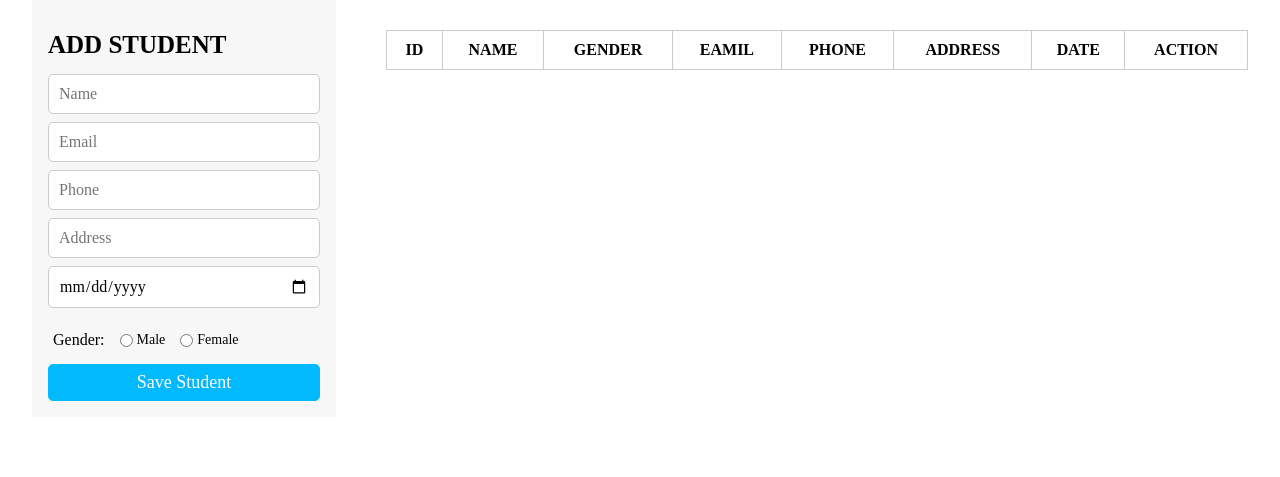
Repository: vanphongnguyen1/webDemo
Page: project(table-form)/index.html
An editor plug-in stored every save of this project. The page is shown before and after the next save, followed by the edit.
The browser window is 1280 px wide. The pictures show the whole page.
The style sheet was rebuilt from its Sass, Less or Tailwind sources for each picture, by a compiler version that may differ from the author's.

Above is the page before, as saved 2020-08-30 18:20:16.

### project(table-form)/index.html
<!DOCTYPE html>
<html lang="en">
<head>
    <meta charset="UTF-8">
    <meta name="viewport" content="width=device-width, initial-scale=1.0">
    <title>Document</title>
    <link rel="stylesheet" href="./css/style.css">
</head>
<body onload="render()">
    <div class="container">
        <div class="row">
            <div class="col-3">
                <div class="form">
                    <form action="" autocomplete="off" onsubmit="listStudents()">
                        <h2 class="form__title">add student</h2>
                        <input type="text" class="index" style="display: none;" name="" id="">
                        <input type="text" class="form__input form__input--name" name="name" id="" placeholder="Name">
                        <div class="error-name"></div>
                        <input type="Email" class="form__input form__input--email" name="email" id="" placeholder="Email">
                        <div class="error-email"></div>
                        <input type="tel" class="form__input form__input--phone" name="phone" id="" placeholder="Phone">
                        <div class="error-phone"></div>
                        <input type="text" class="form__input form__input--address" name="address" id="" placeholder="Address">
                        <div class="error-address"></div>
                        <input type="date" class="form__input form__input--date" name="date" id="">
                        <div class="error-date"></div>
                        <div class="form__gender">
                            <lable>Gender:</lable>
                            <div class="form__radio">
                                <input type="radio" class="form__radio--gender male" value="male" name="gender" id="male">
                                <label for="male" class="form__radio--text">Male</label>
                                <input type="radio" class="form__radio--gender female" value="female" name="gender" id="female">
                                <label for="female" class="form__radio--text">Female</label>
                            </div>
                        </div>
                        <div class="error-gender"></div>
                        <button type="submit" class="form__button" onclick="updataStudent()">Save Student</button>
                    </form>
                </div>
            </div>
            <div class="col-9">
                <div class="table">
                    <table>
                        <thead>
                            <tr>
                                <th>ID</th>
                                <th>NAME</th>
                                <th>GENDER</th>
                                <th>EAMIL</th>
                                <th>PHONE</th>
                                <th>ADDRESS</th>
                                <th>DATE</th>
                                <th>ACTION</th>
                            </tr>
                        </thead>
                        <tbody id="list-student">
                                <!-- <tr>
                                    <td>1</td>
                                    <td>phong</td>
                                    <td>male</td>
                                    <td>maoa@gmai.com</td>
                                    <td>154653132</td>
                                    <td>asdasasdad</td>
                                    <td>2020-08-21</td>
                                    <td><a href="">edit</a>/<a href="">delete</a></td>
                                </tr> -->
                        </tbody>
                    </table>
                </div>
            </div>
        </div>
    </div>
    <script src="./js/main.js"></script>
</body>
</html>

### project(table-form)/js/main.js
    // <!-- <tr>
    //     <td>1</td>
    //     <td>phong</td>
    //     <td>male</td>
    //     <td>maoa@gmai.com</td>
    //     <td>154653132</td>
    //     <td>asdasasdad</td>
    //     <td>2020-08-21</td>
    //     <td><a href="">edit</a>/<a href="">delete</a></td>
    // </tr>
    function listStudents () {
        const name = document.querySelector('.form__input--name').value
        const email = document.querySelector('.form__input--email').value
        const phone = document.querySelector('.form__input--phone').value
        const address = document.querySelector('.form__input--address').value
        const date = document.querySelector('.form__input--date').value
        let gender = document.querySelector('input[name = gender]:checked')
                gender = gender ? gender.value : '';
        //lơi lưu thông tin của sinh viên
        let student = {
            'name': name,
            'gender': gender,
            'email': email,
            'phone': phone,
            'address': address,
            'date': date,
        }
        // điều kiện k được để trắng thông in các ô,phải điền đầy đủ
        if(!name) {
            document.querySelector('.error-name').innerHTML='<font color="red"> *Vui lòng điền: Họ và Tên</font>'
            document.querySelector('.error-name').style.display='block'
        } else {
            document.querySelector('.error-name').innerHTML=''
        }
        if(!email) {
            document.querySelector('.error-email').innerHTML='<font color="red"> *Vui lòng điền: Email</font>'
            document.querySelector('.error-email').style.display='block'
        } else {
            document.querySelector('.error-email').innerHTML=''
        }
        if(!phone) {
            document.querySelector('.error-phone').innerHTML='<font color="red"> *Vui lòng điền: Số điện thoại</font>'
            document.querySelector('.error-phone').style.display= 'block'
        } else {
            document.querySelector('.error-phone').innerHTML=''
        }
        if(!address) {
            document.querySelector('.error-address').innerHTML='<font color="red"> *Vui lòng điền: Address</font>'
            document.querySelector('.error-address').style.display='block'
        } else {
            document.querySelector('.error-address').innerHTML=''
        }
        if(!date) {
            document.querySelector('.error-date').innerHTML='<font color="red"> *Vui lòng chọn: Ngày/Tháng/Năm</font>'
            document.querySelector('.error-date').style.display='block'
        } else {
            document.querySelector('.error-date').innerHTML=''
        }
        if(!gender) {
            document.querySelector('.error-gender').innerHTML='<font color="red"> *Vui lòng chọn: Giới tính</font>'
            document.querySelector('.error-gender').style.display='block'
        } else {
            document.querySelector('.error-gender').innerHTML=''
        }
        // lưu thông tin sinh viên vào localStorage
        if(name && email && phone && address && date && gender) {
            let listStudent = localStorage.getItem('students') ? JSON.parse(localStorage.getItem('students')) : []
            listStudent.push(student)
            localStorage.setItem('students',JSON.stringify(listStudent))
        }
        render()
    }
    function render() {
            // hàm in sinh viên vào table
        event.preventDefault()
        let listStudent = localStorage.getItem('students') ?JSON.parse(localStorage.getItem('students')):[]
        html = ''
        const addTable = document.getElementById('list-student')
        listStudent.forEach((i,index)=> {
            html += `
                    <tr>
                        <td>${index}</td>
                        <td>${i.name}</td>
                        <td>${i.gender}</td>
                        <td>${i.email}</td>
                        <td>${i.phone}</td>
                        <td>${i.address}</td>
                        <td>${i.date}</td>
                        <td>
                            <a href="#" onclick="editStudent('${index}')">edit</a>/<a href="" onclick="deleteStudent('${index}')">delete</a>
                        </td>
                    </tr
                `
        })
        addTable.innerHTML = html
    }
    // hàm xóa sinh viên
    function deleteStudent(index) {
        let listStudent = localStorage.getItem('students') ? JSON.parse(localStorage.getItem('students')) : []
        if(confirm('Bạn có muốn xóa student')) {
            listStudent.splice(index,1)
        }
        localStorage.setItem('students', JSON.stringify(listStudent))
        render()
    }
    function editStudent(index) {
        let listStudent = localStorage.getItem('students') ? JSON.parse(localStorage.getItem('students')) : []
        document.querySelector('.form__input--name').value = listStudent[index].name
        document.querySelector('.form__input--email').value = listStudent[index].email
        document.querySelector('.form__input--phone').value = listStudent[index].phone
        document.querySelector('.form__input--address').value = listStudent[index].address
        document.querySelector('.form__input--date').value = listStudent[index].date
        // let gender = document.querySelector('input[name = gender]:checked')
        //         gender = gender ? gender.value : '';
        /// chuyển thông tin về form
        // render()
        if(document.querySelector('.male').value === listStudent[index].gender) {
            document.querySelector('.male').checked = true
        }
        if(document.querySelector('.female').value === listStudent[index].gender) {
            document.querySelector('.female').checked = true
        }
        document.querySelector('.form__button').innerText = 'Update Student'
    }
    function updataStudent () {
        let listStudent = localStorage.getItem('students') ? JSON.parse(localStorage.getItem('students')) : []
        key = document.querySelector('.index').value
        listStudent[key] = {
            name: document.querySelector('.form__input--name').value,
            email: document.querySelector('.form__input--email').value,
            phone: document.querySelector('.form__input--phone').value,
            address: document.querySelector('.form__input--address').value,
            date: document.querySelector('.form__input--date').value,
            gender: document.querySelector('input[name = gender]:checked').value
        }
        localStorage.setItem('students', JSON.stringify(listStudent))
        document.querySelector('.form__button').innerText = 'Save Student'
    }

### project(table-form)/sass/style.scss
@import './base/base';
@import './layout/layout';
@import './components/form';
@import './components/table';

### project(table-form)/sass/base/_base.scss
* {
    margin: 0;
    padding: 0;
    box-sizing: border-box;
    outline: none;
}
html {
    font-size: 10px;
}
input, button, textarea {
    font-family: inherit;
}
h1, h2, h3, h4, h5, h6, p {
    margin: 0;
    padding: 0;
    line-height: inherit
}
// ----------------------------------------------
.container {
    width: 95%;
    margin:  0 auto;
}

### project(table-form)/sass/layout/_layout.scss
.row {
    display: flex;
    flex-wrap: wrap;
}
.col-3 {
    width: calc(3/12 * 100%);
}
.col-9 {
    width: calc(9/12 * 100%);
}

### project(table-form)/sass/components/_form.scss
.form {
    text-transform: uppercase;
    padding: 1.5rem;
    border: 1px solid #f7f7f7;
    // margin-top: 3rem;
    background-color: #f7f7f7;
    div[class^="error-"] {
        color: #f00;
        font-size: 10px;
        margin-bottom: 1.5rem;
        display: none;
    }
    &__title {
        font-size: 2.5rem;
        padding: 1.5rem 0;
    }
    &__input {
        width: 100%;
        padding: 1rem;
        font-size: 1.6rem;
        border-radius: 0.5rem;
        border: 1px solid #ccc;
        background-color: #ffffff;
        &:not(:last-child) {
            margin-bottom: 0.8rem;
        }
    }
    &__gender {
        padding: 1.5rem 0 1.5rem 0.5rem;
        text-transform: capitalize;
        display: flex;
        lable {
            font-size: 1.6rem;
        }
        .form__radio {
            display: flex;
            align-items: center;
            flex-wrap: wrap;
            width: 70%;
            &--gender {
                margin-left: 1.5rem;
                cursor: pointer;
            }
            &--text {
                font-size: 1.4rem;
                margin-left: 4px;
                cursor: pointer;
            }
        }
    }
    &__button {
        background-color:#00b9ff ;
        border: 1px solid #00b9ff;
        border-radius: 0.5rem;
        width: 100%;
        font-size: 1.8rem;
        text-align: center;
        color: #fff;
        padding: 0.7rem;
        cursor: pointer;
        transition: all 0.4s ease-in-out;
        &:hover {
            background-color: #1b91be;
        }
    }
}

### project(table-form)/sass/components/_table.scss
.table {
    margin-left: 5rem;
    margin-top: 3rem;
    table {
        width: 100%;
        border-collapse: collapse;
        tr {
            font-size: 1.6rem;
            th,
            td {
                text-align: center;
                padding: 1rem;
                border: 1px solid #ccc;
            }
        }
    }
}

After the next save:
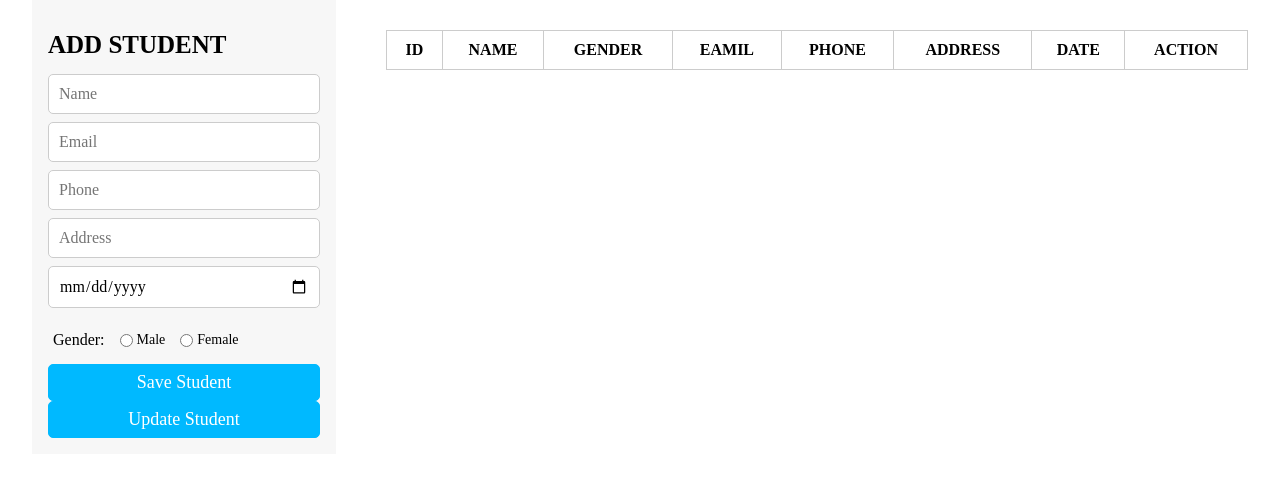
Saved 105 s later.
--- a/project(table-form)/index.html
+++ b/project(table-form)/index.html
@@ -11,7 +11,7 @@
         <div class="row">
             <div class="col-3">
                 <div class="form">
-                    <form action="" autocomplete="off" onsubmit="listStudents()">
+                    <form action="" autocomplete="off" onsubmit="">
                         <h2 class="form__title">add student</h2>
                         <input type="text" class="index" style="display: none;" name="" id="">
                         <input type="text" class="form__input form__input--name" name="name" id="" placeholder="Name">
@@ -34,7 +34,8 @@
                             </div>
                         </div>
                         <div class="error-gender"></div>
-                        <button type="submit" class="form__button" onclick="updataStudent()">Save Student</button>
+                        <button type="submit" class="form__button save" onclick="listStudents()">Save Student</button>
+                        <button type="submit" class="form__button update" onclick="updataStudent()">Update Student</button>
                     </form>
                 </div>
             </div>

After the 2 saves that followed:
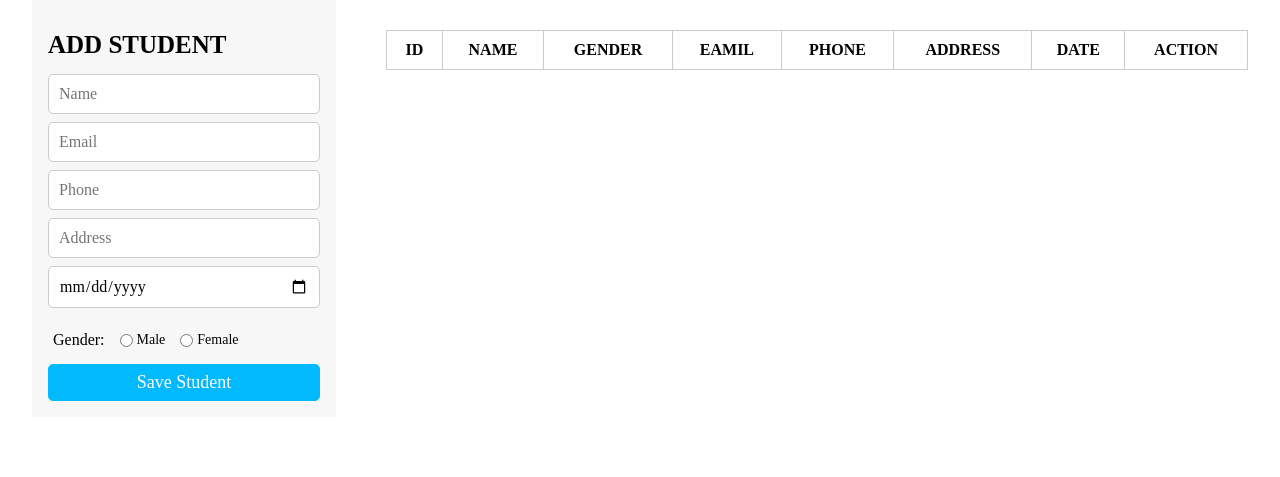
The 2 saves are shown as one change because 1 left the picture as it was.
The last was saved 102 s later.
--- a/project(table-form)/index.html
+++ b/project(table-form)/index.html
@@ -35,7 +35,7 @@
                         </div>
                         <div class="error-gender"></div>
                         <button type="submit" class="form__button save" onclick="listStudents()">Save Student</button>
-                        <button type="submit" class="form__button update" onclick="updataStudent()">Update Student</button>
+                        <button style="display: none;" type="submit" class="form__button update" onclick="updataStudent()">Update Student</button>
                     </form>
                 </div>
             </div>
--- a/project(table-form)/js/main.js
+++ b/project(table-form)/js/main.js
@@ -120,7 +120,8 @@
         if(document.querySelector('.female').value === listStudent[index].gender) {
             document.querySelector('.female').checked = true
         }
-        document.querySelector('.form__button').innerText = 'Update Student'
+        document.querySelector('.update').style.display = 'block'
+        document.querySelector('.sace').style.display = 'none'
     }
     function updataStudent () {
         let listStudent = localStorage.getItem('students') ? JSON.parse(localStorage.getItem('students')) : []
@@ -134,5 +135,6 @@
             gender: document.querySelector('input[name = gender]:checked').value
         }
         localStorage.setItem('students', JSON.stringify(listStudent))
-        document.querySelector('.form__button').innerText = 'Save Student'
+        document.querySelector('.update').style.display = 'none'
+        document.querySelector('.sace').style.display = 'block'
     }
